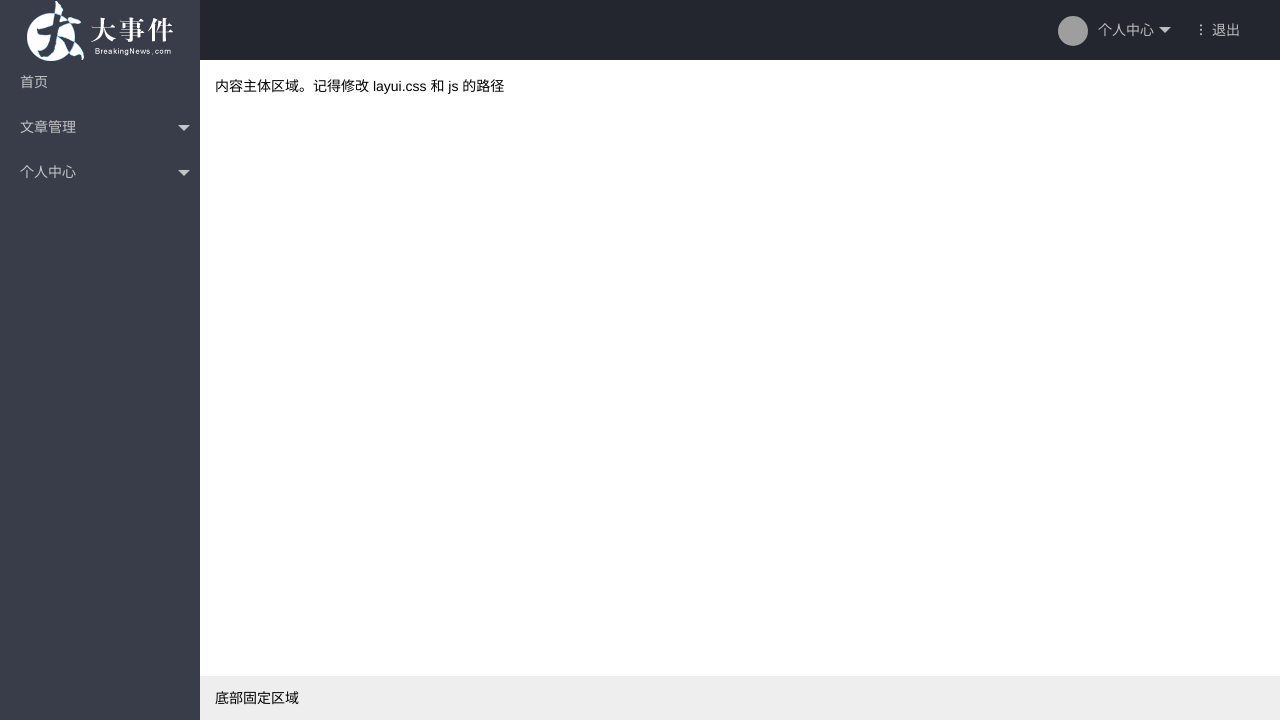
Repository: Janshen111/web_bigevent
Page: index.html
The author's editor kept a copy of each file at every save. The page is drawn from the files as they stood at one save, then again after the next save.
The browser window is 1280 px wide. The pictures show the whole page.
Pictures or frames that could not be fetched are drawn as grey boxes.

Above is the page before, as saved 2022-08-31 15:32:11.

### index.html
<!DOCTYPE html>
<html lang="en">

<head>
    <meta charset="UTF-8">
    <meta http-equiv="X-UA-Compatible" content="IE=edge">
    <meta name="viewport" content="width=device-width, initial-scale=1.0">
    <title>Document</title>
    <!-- 导入laYui的样式 -->
    <link rel="stylesheet" href="./assets/lib/layui/css/layui.css">
    <script src=""></script>
</head>

<body>
    <div class="layui-layout layui-layout-admin">
        <div class="layui-header">
            <div class="layui-logo layui-hide-xs layui-bg-black">
                <img src="./assets/images/logo.png" alt="" />
            </div>
            <!-- 头部区域（可配合layui 已有的水平导航） -->
            <dl class="layui-nav-child">
                <dd><a href="">menu 11</a></dd>
                <dd><a href="">menu 22</a></dd>
                <dd><a href="">menu 33</a></dd>
            </dl>
            </li>
            </ul>
            <ul class="layui-nav layui-layout-right">
                <li class="layui-nav-item layui-hide layui-show-md-inline-block">
                    <a href="javascript:;">
                        <img src="//tva1.sinaimg.cn/crop.0.0.118.118.180/5db11ff4gw1e77d3nqrv8j203b03cweg.jpg" class="layui-nav-img">个人中心
                    </a>
                    <dl class="layui-nav-child">
                        <dd><a href="">基本资料</a></dd>
                        <dd><a href="">更换头像</a></dd>
                        <dd><a href="">重置密码</a></dd>
                    </dl>
                </li>
                <li class="layui-nav-item">
                    <a href="javascript:;">
                        <i class="layui-icon layui-icon-more-vertical"></i> 退出
                    </a>
                </li>
            </ul>
        </div>

        <div class="layui-side layui-bg-black">
            <div class="layui-side-scroll">
                <!-- 左侧导航区域（可配合layui已有的垂直导航） -->
                <ul class="layui-nav layui-nav-tree" lay-filter="test">
                    <li class="layui-nav-item"><a href="javascript:;">首页</a></li>
                    <li class="layui-nav-item">
                        <a class="" href="javascript:;">文章管理</a>
                        <dl class="layui-nav-child">
                            <dd><a href="javascript:;">文章类别</a></dd>
                            <dd><a href="javascript:;">文章列表</a></dd>
                            <dd><a href="javascript:;">发布文章</a></dd>
                        </dl>
                    </li>
                    <li class="layui-nav-item">
                        <a href="javascript:;">个人中心</a>
                        <dl class="layui-nav-child">
                            <dd><a href="javascript:;">基本资料</a></dd>
                            <dd><a href="javascript:;">更换头像</a></dd>
                            <dd><a href="javascript:;">重置密码</a></dd>
                        </dl>
                    </li>
                </ul>
            </div>
        </div>

        <div class="layui-body">
            <!-- 内容主体区域 -->
            <div style="padding: 15px;">内容主体区域。记得修改 layui.css 和 js 的路径</div>
        </div>

        <div class="layui-footer">
            <!-- 底部固定区域 -->
            底部固定区域
        </div>
    </div>
    <!-- 导入laYui的JS文件 -->
    <script src="./assets/lib/layui/layui.all.js"></script>
</body>

</html>

### assets/css/index.css
.layui-footer {
    text-align: center;
    font-size: 12px;
}

Loaded but not shown: assets/lib/layui/css/layui.css (library); assets/lib/layui/layui.all.js (library); assets/lib/layui/css/modules/laydate/default/laydate.css (library); assets/lib/layui/css/modules/layer/default/layer.css (library); assets/lib/layui/css/modules/code.css (common file)

After the next save:
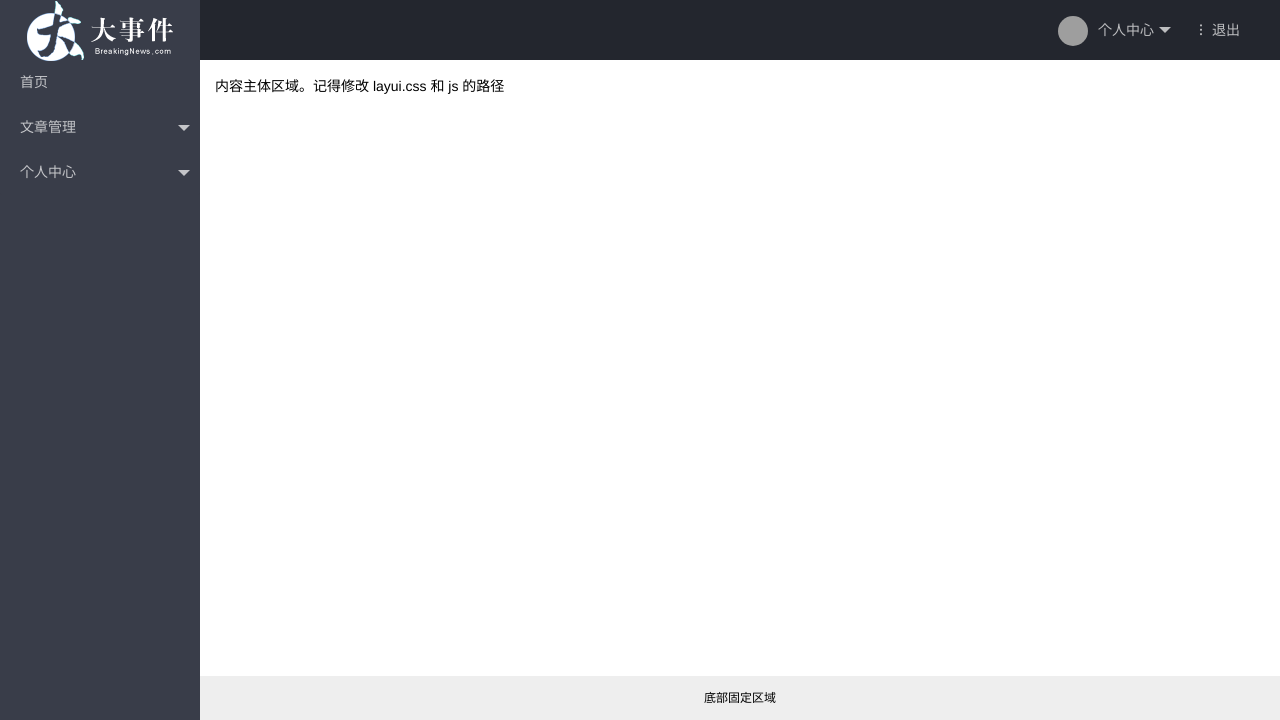
Saved 56 s later.
--- a/index.html
+++ b/index.html
@@ -8,6 +8,8 @@
     <title>Document</title>
     <!-- 导入laYui的样式 -->
     <link rel="stylesheet" href="./assets/lib/layui/css/layui.css">
+    <!-- 导入自己的样式表 -->
+    <link rel="stylesheet" href="./assets/css/index.css">
     <script src=""></script>
 </head>
 
@@ -49,6 +51,7 @@
                 <!-- 左侧导航区域（可配合layui已有的垂直导航） -->
                 <ul class="layui-nav layui-nav-tree" lay-filter="test">
                     <li class="layui-nav-item"><a href="javascript:;">首页</a></li>
+                    <!-- 默认展开layui-nav-itemed -->
                     <li class="layui-nav-item">
                         <a class="" href="javascript:;">文章管理</a>
                         <dl class="layui-nav-child">
